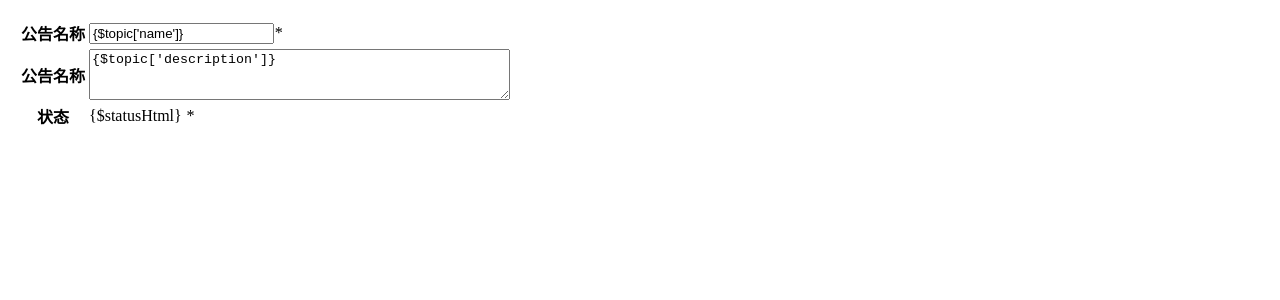
Repository: pridewu/hipi
Page: Education_dev_platform/branches/v1/Application/System/View/v1/Notice/edit.html
These files come from the project's save history. The page is drawn as it stood at one moment and after the next save; the edit follows.
The browser window is 1280 px wide. The pictures show the whole page.

Above is the page before, as saved 2014-12-03 10:34:25.

### Education_dev_platform/branches/v1/Application/System/View/v1/Notice/edit.html
<form id="edit_form" method="post" style="padding:10px">
<table class="editTable">
	<tr>
		<th>公告名称</th>
		<td>

			<input type="text" id="name" name="content" value="{$topic['name']}"/><em>*</em>
		</td>
	</tr>

	<tr>
		<th>公告名称</th>
		<td>
			<input type="hidden" id="id" name="id" value="{$topic['id']}"/>
			<textarea name="description" id="description" cols="50" rows="3">{$topic['description']}</textarea>
		</td>
	</tr>

	<tr><th>状态</th><td>{$statusHtml} <em>*</em></td></tr>
</table>
</form>

After the next save:
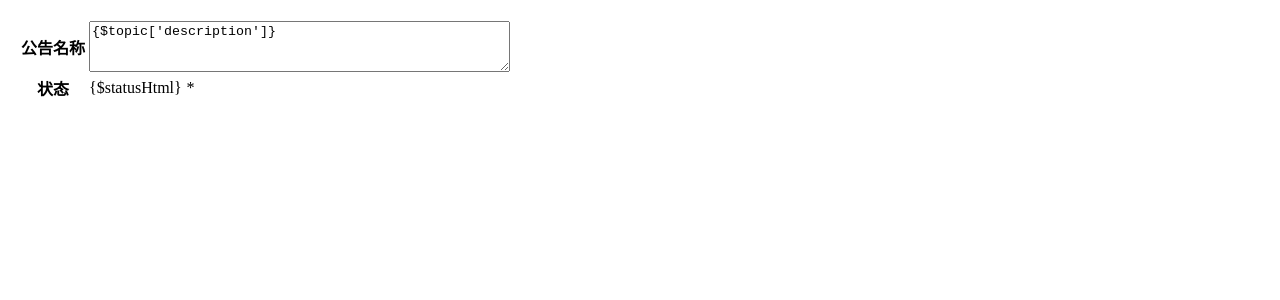
Saved 7 s later.
--- a/Education_dev_platform/branches/v1/Application/System/View/v1/Notice/edit.html
+++ b/Education_dev_platform/branches/v1/Application/System/View/v1/Notice/edit.html
@@ -1,12 +1,5 @@
 <form id="edit_form" method="post" style="padding:10px">
 <table class="editTable">
-	<tr>
-		<th>公告名称</th>
-		<td>
-
-			<input type="text" id="name" name="content" value="{$topic['name']}"/><em>*</em>
-		</td>
-	</tr>
 
 	<tr>
 		<th>公告名称</th>
